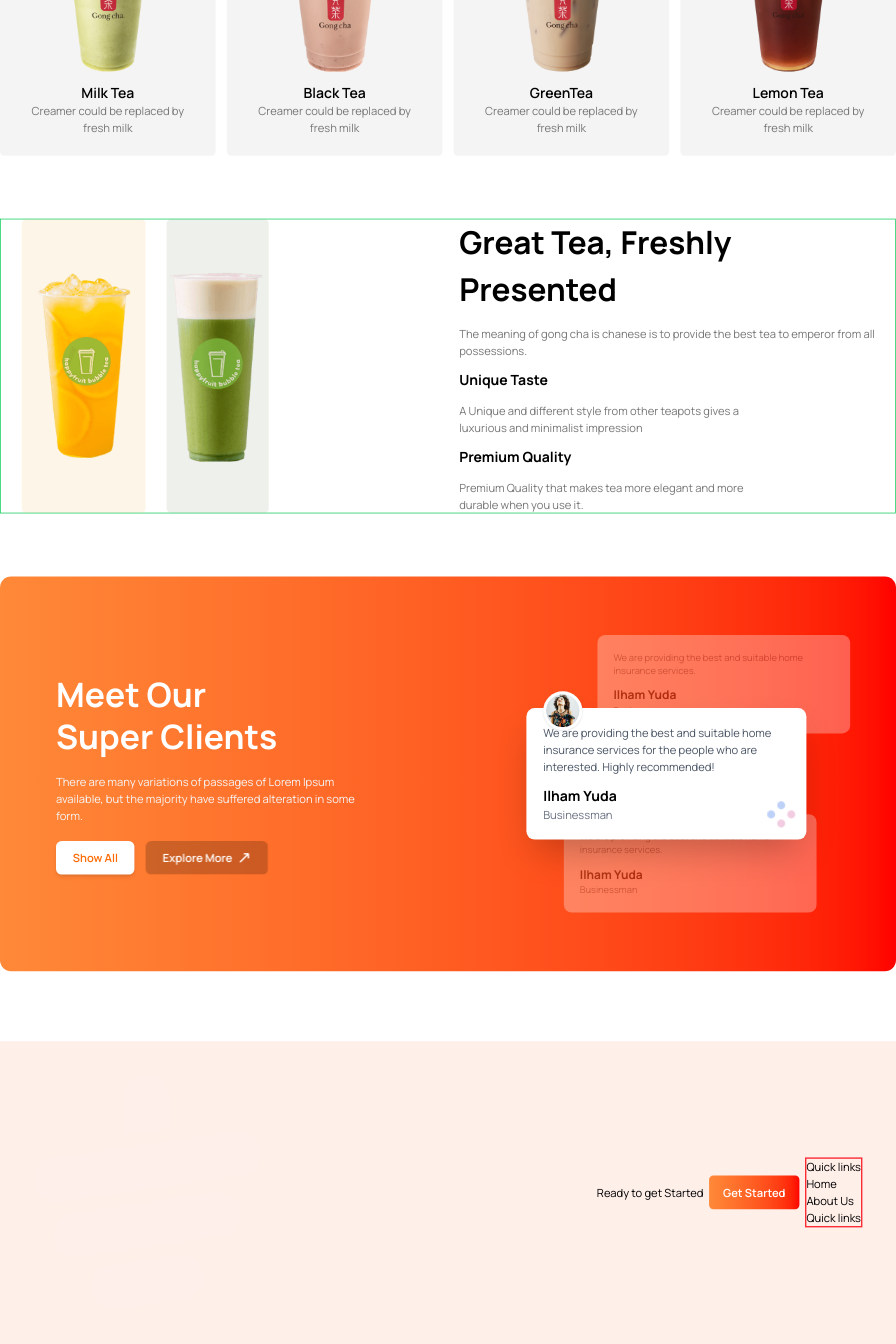
Repository: tanimtanzilislam/Tea-house
Page: index.html
The author's editor kept a copy of each file at every save. The page is drawn from the files as they stood at one save, then again after the next save.
The browser window is 1280 px wide. The pictures show the part of the page from y = 1069 to 2989 px (the page is 2989 px tall), at 70% of full size.
Some web libraries are served in a nearby version.

Above is the page before, as saved 2026-04-10 17:53:54.

### index.html
<!DOCTYPE html>
<html lang="en">
<head>
    <meta charset="UTF-8">
    <meta name="viewport" content="width=device-width, initial-scale=1.0">
    <title>Tea House</title>
    <!-- Tailwind css -->
     <script src="https://cdn.jsdelivr.net/npm/@tailwindcss/browser@4"></script>

     <!-- Google fonts -->
      <link rel="preconnect" href="https://fonts.googleapis.com">
<link rel="preconnect" href="https://fonts.gstatic.com" crossorigin>
<link href="https://fonts.googleapis.com/css2?family=Manrope:wght@200..800&family=Work+Sans:ital,wght@0,100..900;1,100..900&display=swap" rel="stylesheet">

<style>
    *{
        font-family: "Manrope", sans-serif;
    }
</style>

<!-- font awesome cdn -->
<link rel="stylesheet" href="https://cdnjs.cloudflare.com/ajax/libs/font-awesome/7.0.1/css/all.min.css" integrity="sha512-2SwdPD6INVrV/lHTZbO2nodKhrnDdJK9/kg2XD1r9uGqPo1cUbujc+IYdlYdEErWNu69gVcYgdxlmVmzTWnetw==" crossorigin="anonymous" referrerpolicy="no-referrer" />

</head>

<body>

<section class="grid grid-cols-1 md:grid-cols-2 container border mx-auto">
    <div class="banner-left space-y-30">
        <h2 class="text-[80px] font-bold">It's good <br>tea time at The <br> Tea House</h2>
        <p class="text-[#777777]">Tea and Botanical Solutions Supplier Give Optimum <br>Satisfaction To Your Taste Buds.</p>
        <button class="py-3 px-5 rounded-md text-white font-semibold bg-linear-to-r from-[#FF8938] to-[#FF0000]">
            Explore More
            <span class="-rotate-45 inline-block">
                <i class="fa-solid fa-arrow-right-long"></i>
            </span>
        </button>
    </div>

    <div class="banner-right flex justify-end items-end relative">
        <img src="./images/banner.png" alt="">

        <!-- Rating div -->
        <div class="bg-white rounded-xl shadow-2xl flex justify-between items-center gap-2 w-[250px] absolute bottom-[15px] left-[200px] py-[25px] px-[15px]">
            <img src="./images/Group 5.png" alt="">
            <h2 class="font-bold text-2xl">5.00</h2>
            <p>Trust Rating</p>
        </div>
    </div>
</section>

<!-- Featured section -->
<section class="container mx-auto my-[90px]">

    <div class="text-center max-w-[65%] mx-auto mb-[50px]">
        <h2 class="font-bold text-[45px]">Our Featured Products</h2>
        <p class="text-[#777777]">
            There are many variations of passages of Lorem Ipsum available, but the majority have suffered alteration.
        </p>
    </div>

    <div class="featured-card-parent grid grid-cols-1 sm:grid-cols-2 md:grid-cols-4 gap-4">

        <div class="featured-card bg-linear-to-b from-[#f4f4f4] to-[#f4f4f4] p-7 text-center rounded-md">
            <img src="./images/tea-1.png" alt="" class="mx-auto mb-4">
            <h2 class="font-semibold text-xl">Milk Tea</h2>
            <p class="text-[#777777]">Creamer could be replaced by fresh milk</p>
        </div>

        <div class="featured-card bg-linear-to-b from-[#f4f4f4] to-[#f4f4f4] p-7 text-center rounded-md">
            <img src="./images/tea-2.png" alt="" class="mx-auto mb-4">
            <h2 class="font-semibold text-xl">Black Tea</h2>
            <p class="text-[#777777]">Creamer could be replaced by fresh milk</p>
        </div>

        <div class="featured-card bg-linear-to-b from-[#f4f4f4] to-[#f4f4f4] p-7 text-center rounded-md">
            <img src="./images/tea-3.png" alt="" class="mx-auto mb-4">
            <h2 class="font-semibold text-xl">GreenTea</h2>
            <p class="text-[#777777]">Creamer could be replaced by fresh milk</p>
        </div>

        <div class="featured-card bg-linear-to-b from-[#f4f4f4] to-[#f4f4f4] p-7 text-center rounded-md">
            <img src="./images/tea-4.png" alt="" class="mx-auto mb-4">
            <h2 class="font-semibold text-xl">Lemon Tea</h2>
            <p class="text-[#777777]">Creamer could be replaced by fresh milk</p>
        </div>

    </div>
</section>

<!-- Great Tea sections -->
<section class="container mx-auto grid md:grid-cols-2 gap-8 mb-[90px] border border-green-500">

    <div class="great-tea-left flex gap-[30px] grid-cols-2 grid-rows-3">
        <div class="row-span-1 bg-linear-to-r from-[#ff0000] to-[#ff8938] opacity-10 rounded-md"></div>

        <div class="border-red-500 row-span-1 flex justify-center items-center bg-[#e6a6231a] rounded-md">
            <img src="./images/fresh-1.png" alt="">
        </div>

        <div class="border-red-500 row-span-2 flex justify-center items-center bg-[#5776391a] rounded-md">
            <img src="./images/fresh-2.png" alt="">
        </div>

        <div class="border-red-500 rounded-md"></div>
    </div>

    <div class="great-tea-right space-y-4">

        <h2 class="text-[45px] font-bold">Great Tea, Freshly <br>
             Presented</h2>

        <p class="text-[#777777]">
            The meaning of gong cha is chanese is to provide the best tea to emperor from all possessions.
        </p>

        <h2 class="font-bold text-[20px]">Unique Taste</h2>
        <p class="text-[#777777]">
            A Unique and different style from other teapots gives a <br> luxurious and minimalist impression
        </p>

        <h2 class="font-bold text-[20px]">Premium Quality</h2>
        <p class="text-[#777777]">
            Premium Quality that makes tea more elegant and more  <br>
            durable when you use it.
        </p>

    </div>

</section>

<!-- Meet our super client -->

<section class="container mx-auto grid md:grid-cols-2 gap-12 mb-[100px] bg-gradient-to-r from-[#ff8938] to-[#ff0000] p-6 md:p-[80px] text-white rounded-2xl">

    <!-- LEFT SIDE -->
    <div class="flex flex-col justify-center space-y-6">
        <h2 class="text-3xl md:text-[48px] font-bold leading-tight">
            Meet Our <br> Super Clients
        </h2>

        <p class="text-[#f4f4f4] max-w-md">
            There are many variations of passages of Lorem Ipsum available,
            but the majority have suffered alteration in some form.
        </p>

        <div class="flex gap-4 flex-wrap">
            <button class="py-3 px-6 rounded-lg font-semibold bg-white text-orange-500 shadow-md hover:scale-105 transition">
                Show All
            </button>

            <button class="py-3 px-6 rounded-lg font-semibold bg-black/20 backdrop-blur hover:bg-black/30 transition">
                Explore More
                <span class="-rotate-45 inline-block ml-1">
                    <i class="fa-solid fa-arrow-right-long"></i>
                </span>
            </button>
        </div>
    </div>

    <!-- RIGHT SIDE -->
    <div class="relative flex flex-col items-center md:items-end justify-center">

        <!-- BACK CARD (TOP) -->
        <div class="bg-white text-black rounded-xl p-6 w-full max-w-[380px] opacity-30 scale-95 translate-x-6">
            <p class="text-gray-500 text-sm">
                We are providing the best and suitable home insurance services.
            </p>
            <h2 class="font-bold text-lg mt-3">Ilham Yuda</h2>
            <h3 class="text-gray-500 text-sm">Businessman</h3>
        </div>

        <!-- MAIN CARD -->
        <div class="bg-white text-black rounded-xl p-6 w-full max-w-[400px] relative z-20 shadow-2xl -mt-10 md:-translate-x-12 hover:scale-105 transition duration-300">

            <p class="text-gray-600">
                We are providing the best and suitable home insurance services
                for the people who are interested. Highly recommended!
            </p>

            <h2 class="font-bold text-xl mt-4">Ilham Yuda</h2>
            <h3 class="text-gray-500">Businessman</h3>

            <!-- Avatar -->
            <div class="absolute -top-6 left-6 bg-white p-1 rounded-full shadow">
                <img src="./images/client.png" alt="" class="w-12 h-12 rounded-full">
            </div>

            <!-- Decoration -->
            <img src="./images/circles.png" alt="" class="absolute right-4 bottom-4 w-10 opacity-70">
        </div>

        <!-- BACK CARD (BOTTOM) -->
        <div class="bg-white text-black rounded-xl p-6 w-full max-w-[380px] opacity-30 scale-95 -translate-x-6 -mt-10">
            <p class="text-gray-500 text-sm">
                We are providing the best and suitable home insurance services.
            </p>
            <h2 class="font-bold text-lg mt-3">Ilham Yuda</h2>
            <h3 class="text-gray-500 text-sm">Businessman</h3>
        </div>

    </div>

</section>

<section>

 <footer class="bg-[#ffefe9] p-12">
    <div class=" container mx-auto bg-[#ffefe9]">
 <!-- footer top -->
        <div class="flex justify-between">
            <img src="./images/bg_cup.png" alt="">
            <div class="flex gap-2 items-center">
                <p> Ready to get Started</p>
                <button class="py-3 px-5 rounded-md text-white font-semibold bg-linear-to-r from-[#FF8938] to-[#FF0000]">
            Get Started

        </button>

<!-- Footer links -->

<div class="border-2 border-red-500">
    <ul>
        <li>Quick links</li>
         <li><a href="">Home</a></li>
        <li><a href="">About Us</a></li>
        <li>Quick links</li>
    </ul>
    <ul></ul>
    <ul></ul>
    <ul></ul>
</div>

            </div>

        </footer>
    </div>

    </div>
</section>
</body>
</html>

After the next save:
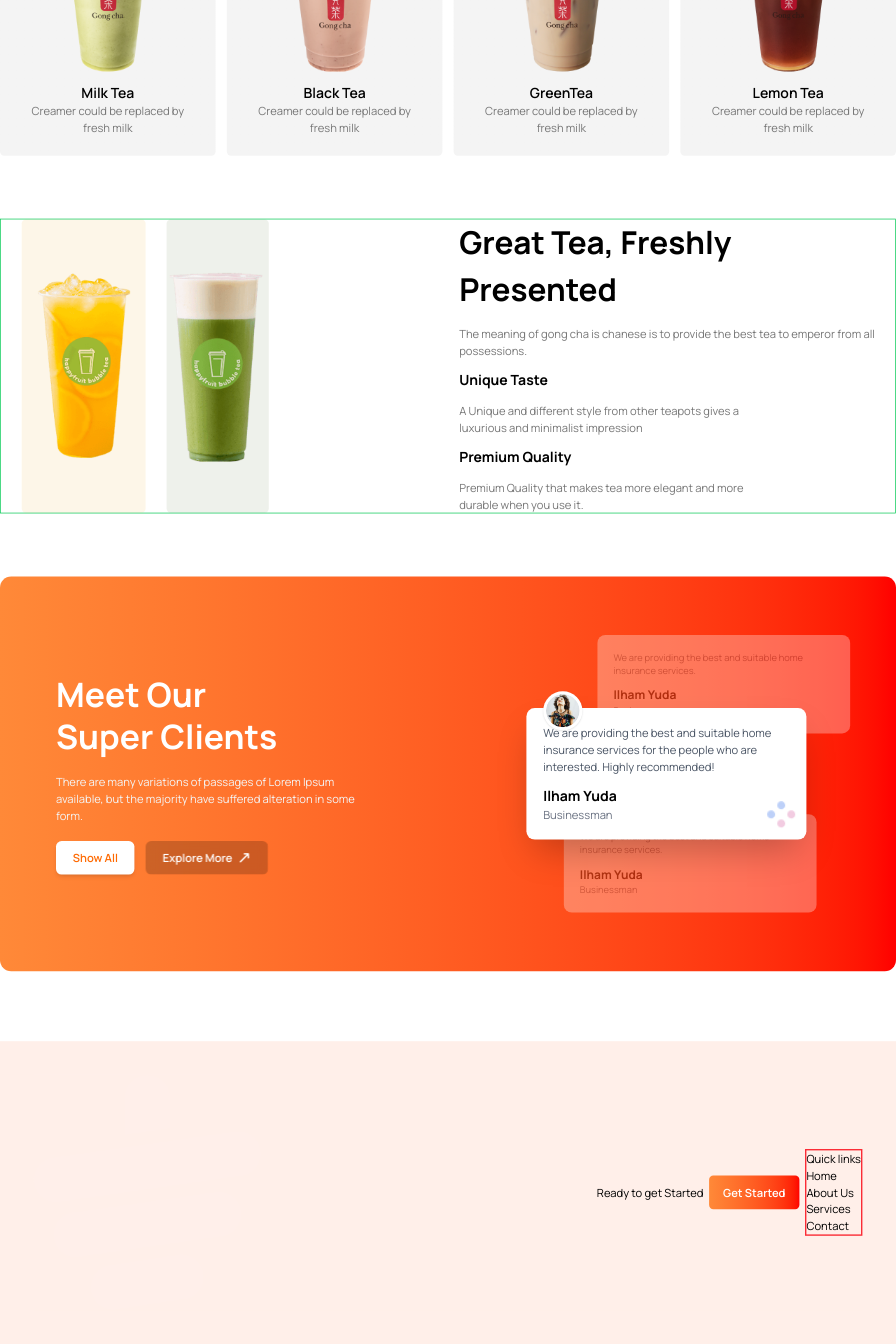
Saved 5 s later.
--- a/index.html
+++ b/index.html
@@ -224,7 +224,8 @@
         <li>Quick links</li>
          <li><a href="">Home</a></li>
         <li><a href="">About Us</a></li>
-        <li>Quick links</li>
+        <li><a href="">Services</a></li>
+        <li><a href="">Contact</a></li>
     </ul>
     <ul></ul>
     <ul></ul>

After the save that followed:
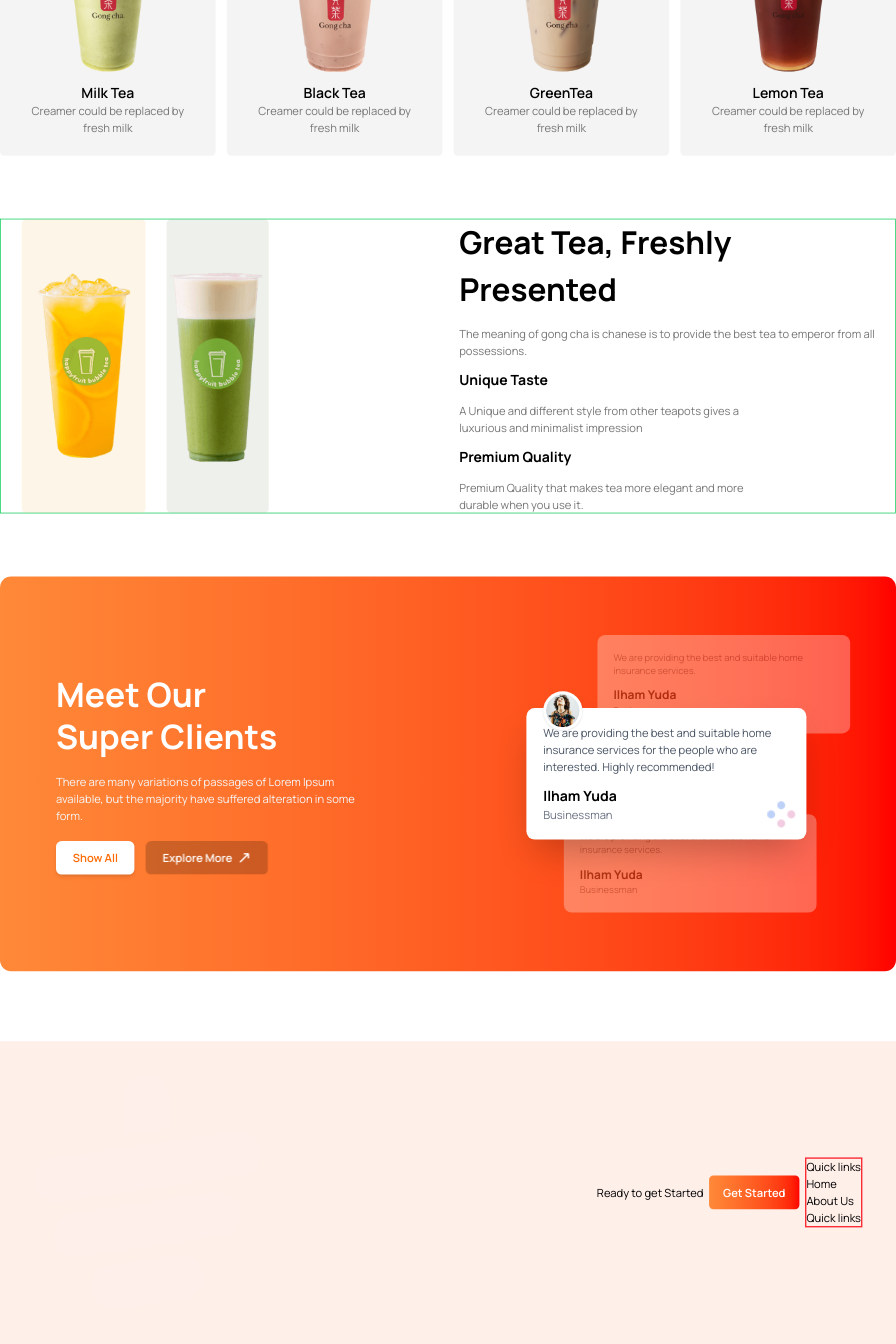
Saved 4 s later.
--- a/index.html
+++ b/index.html
@@ -224,8 +224,7 @@
         <li>Quick links</li>
          <li><a href="">Home</a></li>
         <li><a href="">About Us</a></li>
-        <li><a href="">Services</a></li>
-        <li><a href="">Contact</a></li>
+        <li>Quick links</li>
     </ul>
     <ul></ul>
     <ul></ul>
